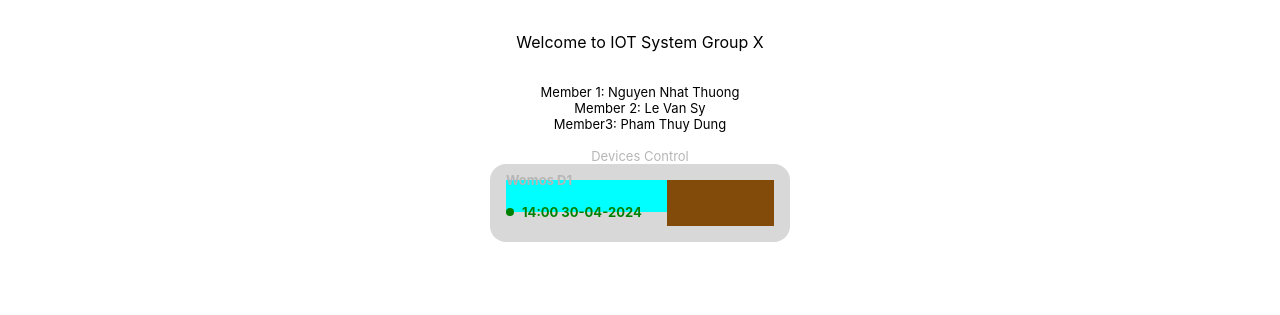
Repository: ngnhthuong/IOT_LAB
Page: /
The author's editor kept a copy of each file at every save. The page is drawn from the files as they stood at one save, then again after the next save.
The browser window is 1280 px wide. The pictures show the whole page.
The project was rebuilt for these pictures with package versions that can differ from the ones it lists, and the page was loaded fresh each time.

Above is the page before, as saved 2024-04-23 14:56:05.

After the next save:
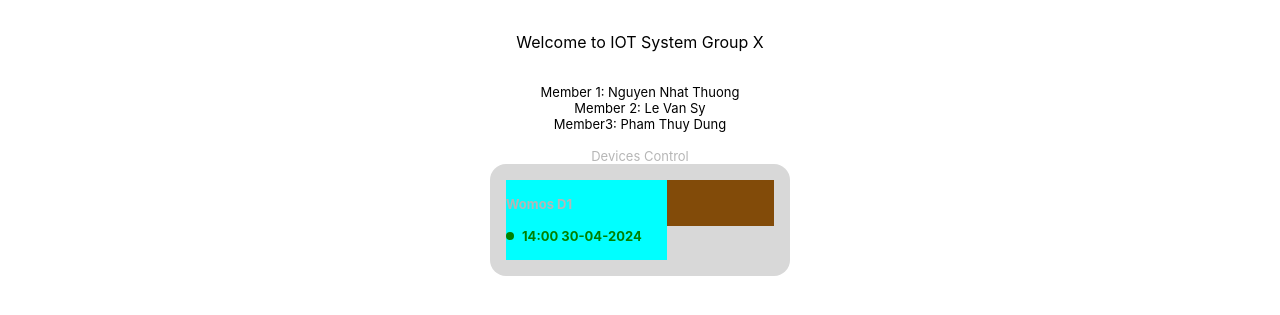
Saved 4 s later.
--- a/src/App.css
+++ b/src/App.css
@@ -56,7 +56,7 @@
   gap: 1rem;
   background-color: aqua;
   width: 60%;
-  height: 2rem;
+  height: 5rem;
 }
 
 .name{
